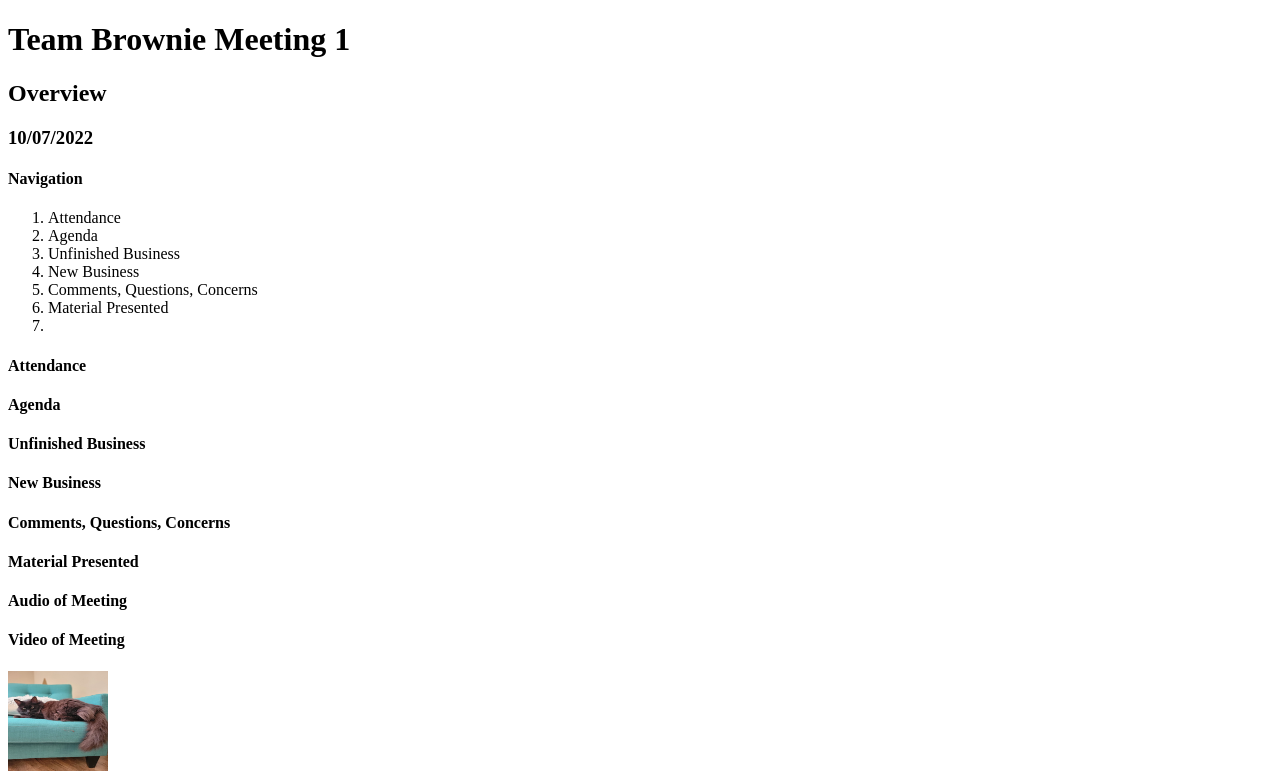
Repository: sarahtthomson/fa22-cse110-lab3
Page: index.html
An editor plug-in stored every save of this project. The page is shown before and after the next save, followed by the edit.
The browser window is 1280 px wide. The pictures show the whole page.

Above is the page before, as saved 2022-10-07 14:24:03.

### index.html
<!DOCTYPE html>
<html lang="en">
    <head>
        <Title>Team Brownie</Title>
        <meta name="description" content="Meeting minutes for Team Brownie">
        <link rel="icon" href="/favicon.ico" />
    </head>
    <body>
        <header>
            <h1>Team Brownie Meeting 1</h1>
            <h2>Overview</h2>
            <h3>10/07/2022</h3>
        </header>
        <main>
            <h4>Navigation</h4>
            <ol>
                <li>Attendance</li>
                <li>Agenda</li>
                <li>Unfinished Business</li>
                <li>New Business</li>
                <li>Comments, Questions, Concerns</li>
                <li>Material Presented</li>
                <li></li>
            </ol>
            <h4>Attendance</h4>
            <h4>Agenda</h4>
            <h4>Unfinished Business</h4>
            <h4>New Business</h4>
            <h4>Comments, Questions, Concerns</h4>
            <h4>Material Presented</h4>
            <h4>Audio of Meeting</h4>
            <h4>Video of Meeting</h4>
        </main>
        <img height="100" width="100" src="/cat.jpg">
    </body>
</html>

After the next save:
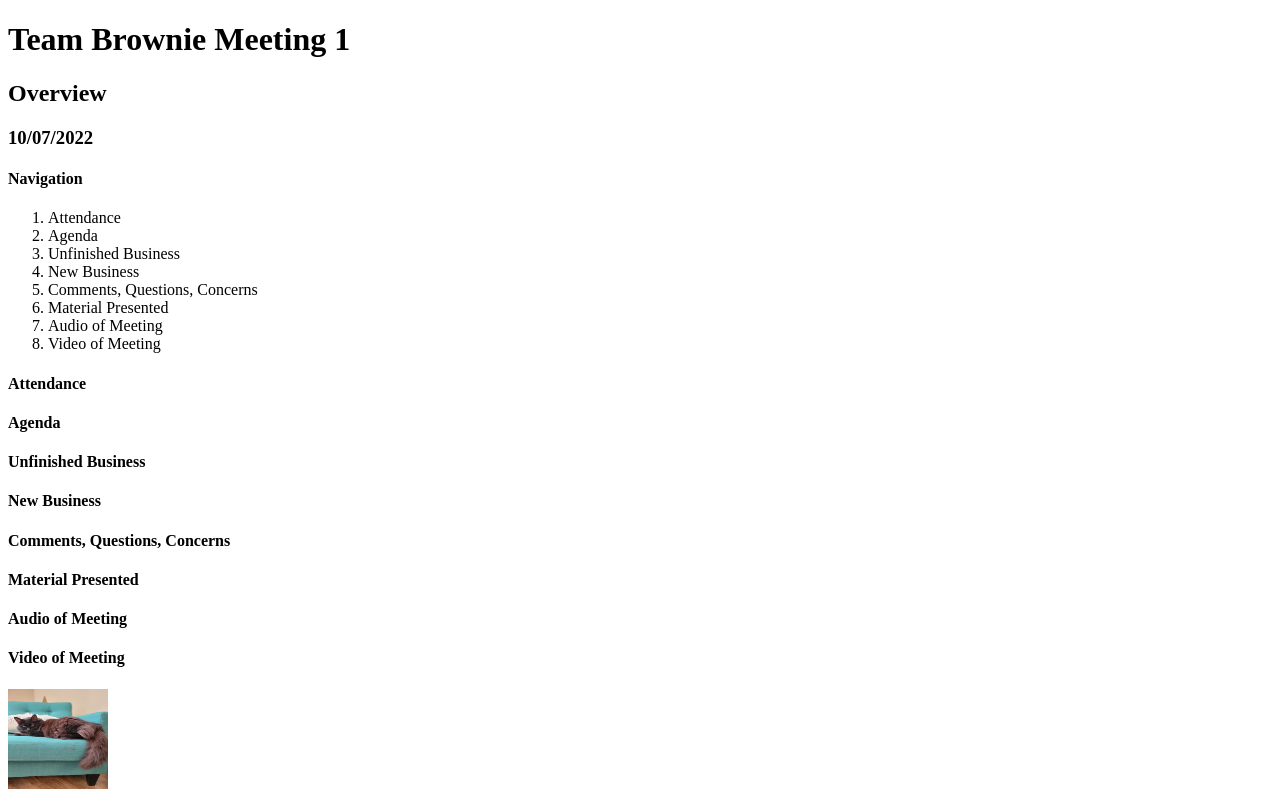
Saved 24 s later.
--- a/index.html
+++ b/index.html
@@ -20,7 +20,8 @@
                 <li>New Business</li>
                 <li>Comments, Questions, Concerns</li>
                 <li>Material Presented</li>
-                <li></li>
+                <li>Audio of Meeting</li>
+                <li>Video of Meeting</li>
             </ol>
             <h4>Attendance</h4>
             <h4>Agenda</h4>
